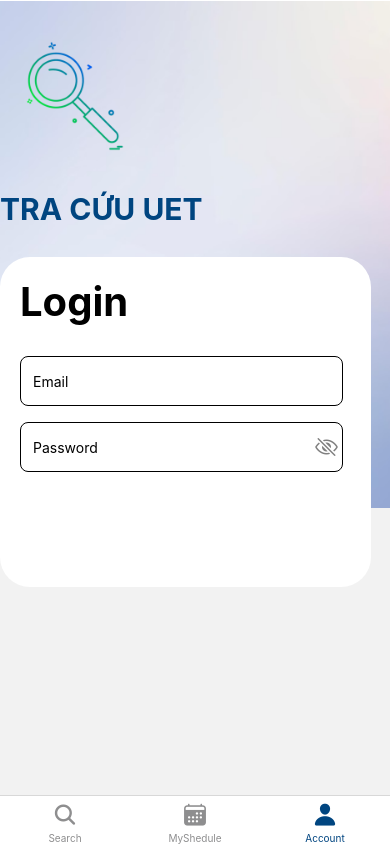
Repository: nguyenkhackien/Student-Progress-Tracker-
Screen: /Account (app in MyApp/)
The author's editor kept a copy of each file at every save. The screen is drawn from the files as they stood at one save, then again after the next save.
The app was drawn by React Native's web renderer in a window 390 px wide. The project was rebuilt for these pictures with package versions that can differ from the ones it lists, and the page was loaded fresh each time. Also part of the build but not shown: MyApp/src/components/MyScheduleScreen.js.

Above is the screen before, as saved 2024-07-21 22:06:45.

### MyApp/App.js
import { createBottomTabNavigator } from "@react-navigation/bottom-tabs"
import { StatusBar } from "react-native"
import { Platform, SafeAreaView, StyleSheet, Text, View } from "react-native"
import AccountScreen from "./src/components/AccountScreen"
import MyScheduleScreen from "./src/components/MyScheduleScreen"
import SearchScreen from "./src/components/SearchSreen"
import { NavigationContainer } from "@react-navigation/native"
import { primaryColor } from "./src/Constants/Color"
import { Ionicons } from "@expo/vector-icons"

const Tab = createBottomTabNavigator()
const screenOptions = {
    headerShown: false,
    tabBarActiveTintColor: primaryColor,
}
export default function App() {
    return (
        <SafeAreaView style={styles.root}>
            <NavigationContainer>
                <Tab.Navigator screenOptions={screenOptions}>
                    <Tab.Screen
                        name="Search"
                        component={SearchScreen}
                        options={{
                            tabBarIcon: ({ focus, color, size }) => {
                                return (
                                    <Ionicons
                                        name={"search"}
                                        size={size}
                                        color={color}
                                    />
                                )
                            },
                        }}
                    />
                    <Tab.Screen
                        name="MyShedule"
                        component={MyScheduleScreen}
                        options={{
                            tabBarIcon: ({ focus, color, size }) => {
                                return (
                                    <Ionicons
                                        name={"calendar"}
                                        size={size}
                                        color={color}
                                    />
                                )
                            },
                        }}
                    />
                    <Tab.Screen
                        name="Account"
                        component={AccountScreen}
                        options={{
                            tabBarIcon: ({ focus, color, size }) => {
                                return (
                                    <Ionicons
                                        name={"person"}
                                        size={size}
                                        color={color}
                                    />
                                )
                            },
                        }}
                    />
                </Tab.Navigator>
            </NavigationContainer>
        </SafeAreaView>
    )
}
const styles = StyleSheet.create({
    root: {
        flex: 1,
        paddingTop: Platform.OS === "android" ? StatusBar.currentHeight : 1,
    },

})

### MyApp/src/components/AccountScreen.js
import { StyleSheet, Text, View } from "react-native"
import LoginScreen from "./LoginScreen"
export default function AccountScreen() {
    return (
        <LoginScreen/>
    )
}
const style = StyleSheet.create({

})

### MyApp/src/components/SearchSreen.js
import { StyleSheet, Text, View } from "react-native"

export default function SearchScreen() {
    return (
        <View>
            <Text> Search screen</Text>
        </View>
    )
}

### MyApp/src/Constants/Color.js
export const primaryColor = "#004580"

### MyApp/src/components/LoginScreen.js
import React, { useState } from "react"
import {
    View,
    Text,
    Image,
    TextInput,
    TouchableOpacity,
    ImageBackground,
} from "react-native"
import { Ionicons } from "@expo/vector-icons"
import { primaryColor } from "../Constants/Color"

const LoginScreen = () => {
    const [Email, setEmail] = useState("")
    const [password, setPassword] = useState("")
    const [passwordVisible, setPasswordVisible] = useState(false)

    const togglePasswordVisibility = () => {
        setPasswordVisible(!passwordVisible)
    }

    return (
        <View>
            <ImageBackground
                source={require("../../assets/bgc.png")}
                style={{ width: "100%", height: "100%" }}
            >
                <View style={styles.container}>
                    <Image
                        source={require("../../assets/logo.png")}
                        style={styles.logoIcon}
                    />
                    <Text style={styles.title}>TRA CỨU UET</Text>
                    <View style={styles.loginContainer}>
                        <Text style={styles.title}>
                            <Text style={{fontSize:40,color:'black'}}>Login</Text>
                        </Text>
                        <View style={styles.inputContainer}>
                            <TextInput
                                style={styles.input}
                                onChangeText={setEmail}
                                value={Email}
                                placeholder="Email"
                            />
                        </View>
                        <View style={styles.inputContainer}>
                            <TextInput
                                style={styles.input}
                                onChangeText={setPassword}
                                value={password}
                                placeholder="Password"
                                secureTextEntry={!passwordVisible}
                            />
                            <TouchableOpacity
                                onPress={togglePasswordVisibility}
                                style={styles.eyeIcon}
                            >
                                <Ionicons
                                    name={
                                        passwordVisible
                                            ? "eye-outline"
                                            : "eye-off-outline"
                                    }
                                    size={24}
                                    color="grey"
                                />
                            </TouchableOpacity>
                        </View>
                    </View>
                </View>
            </ImageBackground>
        </View>
    )
}

const styles = {
    container: {
        flex: 1,
        alignItems: "fle-end",
    },
    title: {
        fontSize: 30,
        fontWeight: "bold",
        marginBottom: 30,
        color: primaryColor,
    },
    logoIcon: {
        width: 150,
        height: 150,
        marginVertical: 20,
    },
    loginContainer: {
        width: "95%",
        height: "65%",
        padding: 20,
        backgroundColor: "white",
        borderRadius: 30,
    },
    inputContainer: {
        flexDirection: "row",
        alignItems: "center",
        marginBottom: 16,
    },
    input: {
        flex: 1,
        height: 50,
        borderWidth: 1,
        borderRadius: 8,
        paddingHorizontal: 12,
        marginRight: 8,
    },
    phoneIcon: {
        position: "absolute",
        right: 12,
    },
    eyeIcon: {
        position: "absolute",
        right: 12,
    },
}

export default LoginScreen

After the next save:
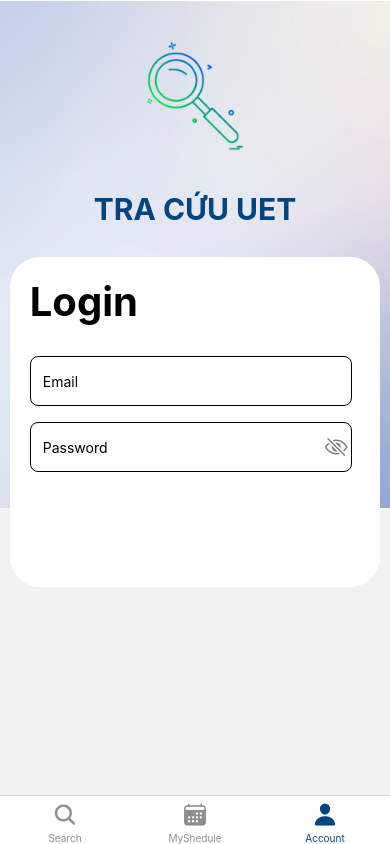
Saved 4 s later.
--- a/MyApp/src/components/LoginScreen.js
+++ b/MyApp/src/components/LoginScreen.js
@@ -76,7 +76,7 @@ const LoginScreen = () => {
 const styles = {
     container: {
         flex: 1,
-        alignItems: "fle-end",
+        alignItems: "center",
     },
     title: {
         fontSize: 30,
